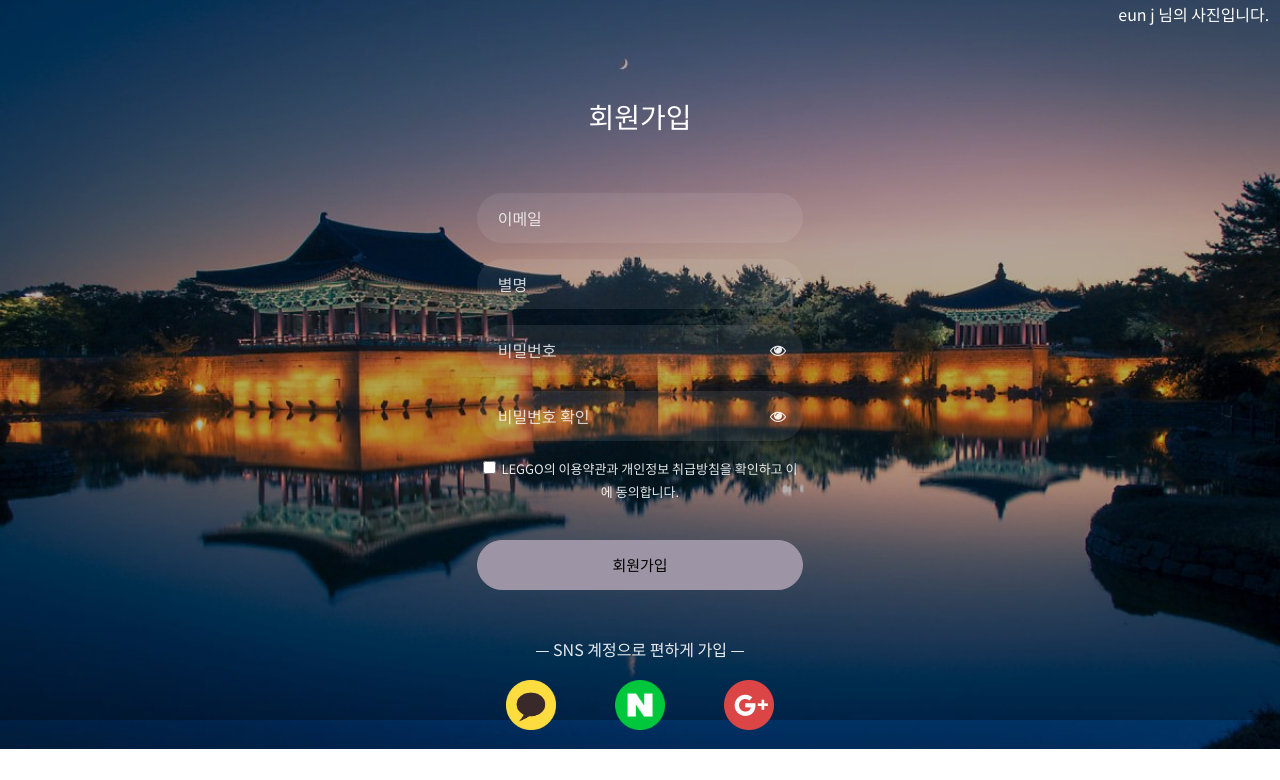
Repository: jangseohyun/LEGGO_2021
Page: http://localhost/PrjApp/Signin.jsp
These files come from the project's save history. The page is drawn as it stood at one moment and after the next save; the edit follows.
The browser window is 1280 px wide. The pictures show the whole page.
The page is served by Tomcat 9.

Above is the page before, as saved 2021-06-28 11:47:54.

After the next save:
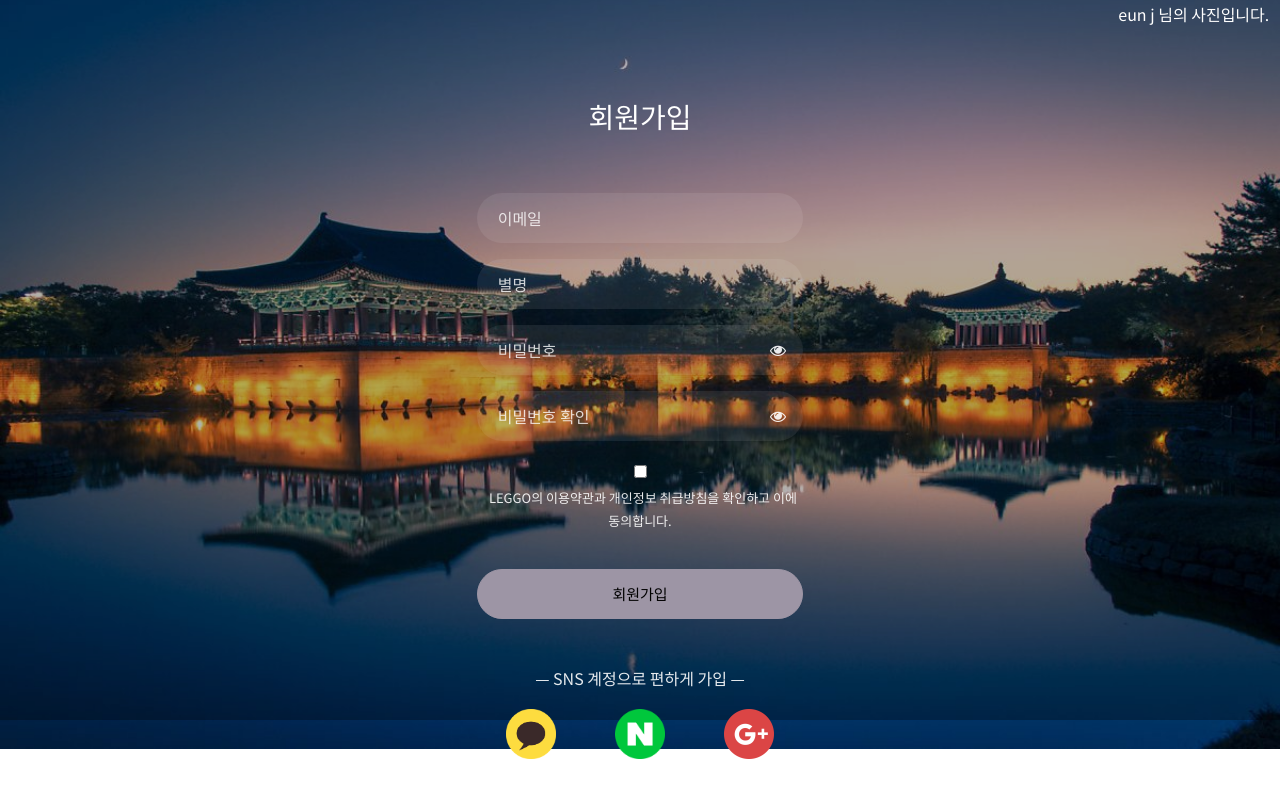
Saved 46 s later.
--- a/PrjApp/WebContent/Signin.jsp
+++ b/PrjApp/WebContent/Signin.jsp
@@ -69,7 +69,8 @@
 									class="fa fa-fw fa-eye field-icon toggle-password"></span>
 							</div>
 							<div class="text-center">
-								 <label style="font-size: 13px;"> <input type="checkbox" id="agreecheck" style="width: 13px; height: 13px;" value="agreed">&nbsp;&nbsp;LEGGO의 이용약관과 개인정보 취급방침을 확인하고 이에 동의합니다.</label>
+								 <input type="checkbox" id="agreecheck" style="width: 13px; height: 13px;" value="agreed">
+								 <label for="agreecheck" style="font-size: 13px;">&nbsp;&nbsp;LEGGO의 이용약관과 개인정보 취급방침을 확인하고 이에 동의합니다.</label>
 							</div>
 							<div class="form-group">
 								<br>

After the save that followed:
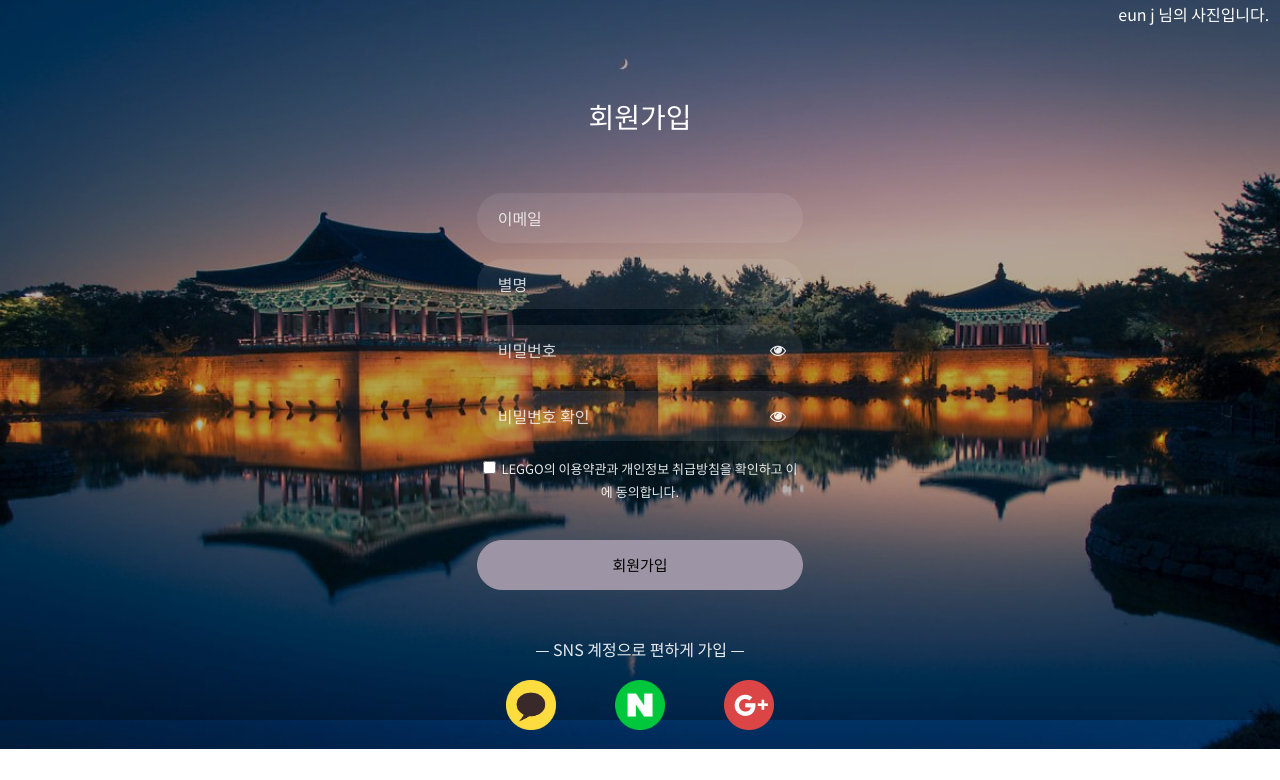
Saved 9 s later.
--- a/PrjApp/WebContent/Signin.jsp
+++ b/PrjApp/WebContent/Signin.jsp
@@ -69,8 +69,7 @@
 									class="fa fa-fw fa-eye field-icon toggle-password"></span>
 							</div>
 							<div class="text-center">
-								 <input type="checkbox" id="agreecheck" style="width: 13px; height: 13px;" value="agreed">
-								 <label for="agreecheck" style="font-size: 13px;">&nbsp;&nbsp;LEGGO의 이용약관과 개인정보 취급방침을 확인하고 이에 동의합니다.</label>
+								 <label style="font-size: 13px;"> <input type="checkbox" id="agreecheck" style="width: 13px; height: 13px;" value="agreed">&nbsp;&nbsp;LEGGO의 이용약관과 개인정보 취급방침을 확인하고 이에 동의합니다.</label>
 							</div>
 							<div class="form-group">
 								<br>
